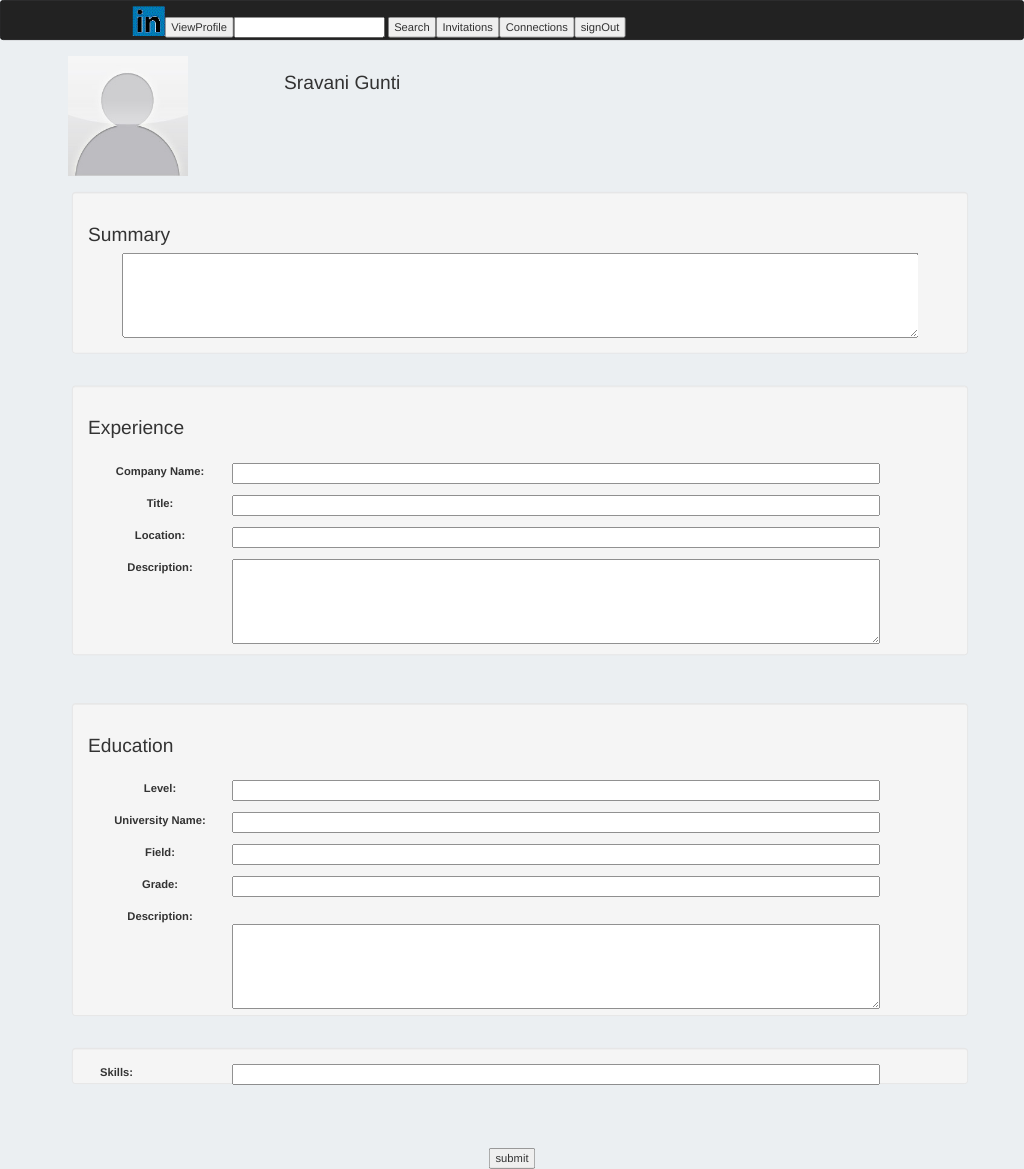
Repository: sravanigunti/Code
Page: http://localhost/LinkedinServicesClient/View/createProfile.jsp
These files come from the project's save history. The page is drawn as it stood at one moment and after the next save; the edit follows.
The browser window is 1280 px wide. The pictures show the whole page, at 80% of full size.
Some web libraries are served in a nearby version. The page is served by Tomcat 9.

Above is the page before, as saved 2015-05-09 08:01:16.
Console error: TypeError: $(...).datepicker is not a function

After the next save:
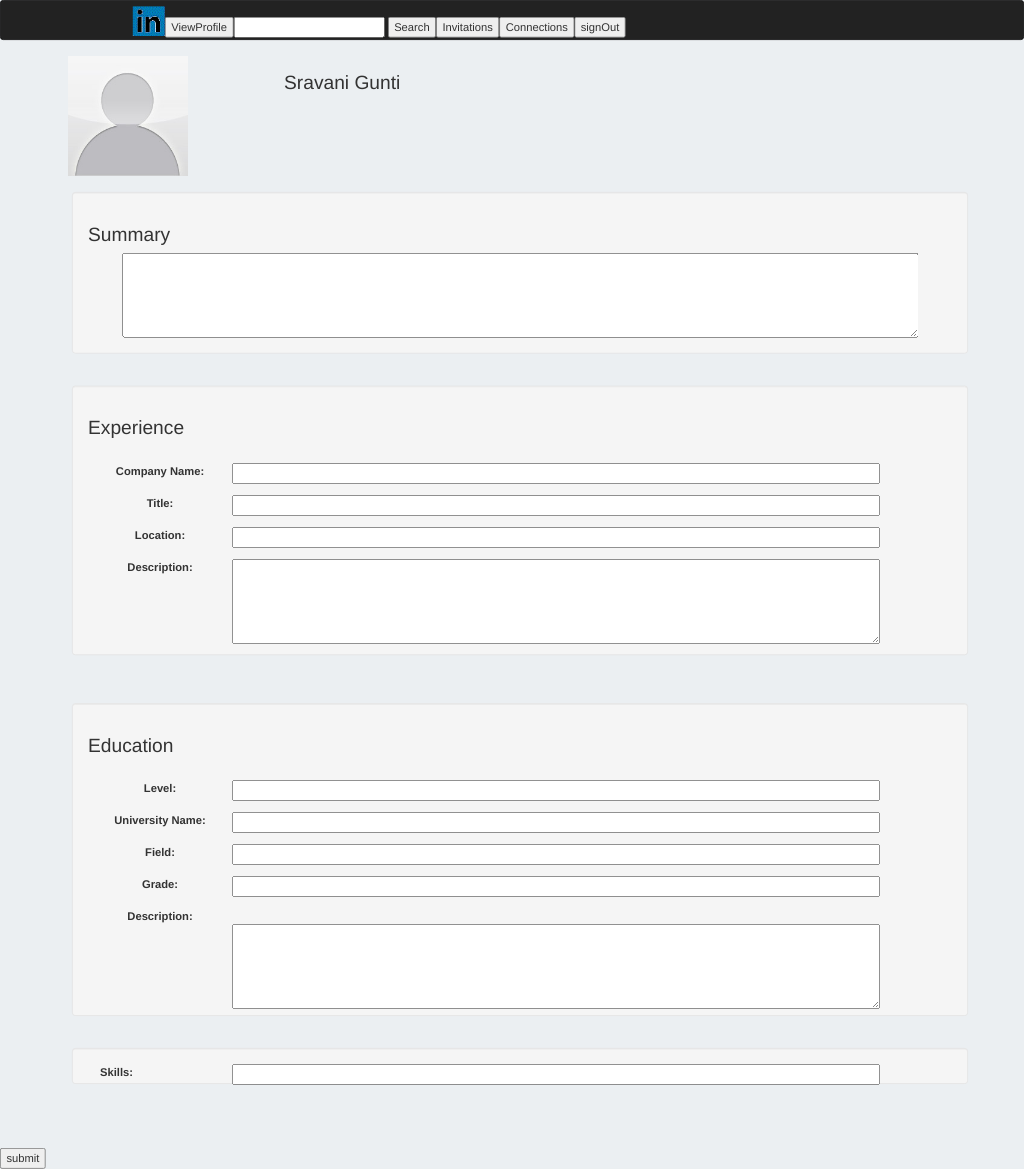
Saved 60 s later.
--- a/Final_linkedIn_Java/LinkedinServicesClient/WebContent/View/createProfile.jsp
+++ b/Final_linkedIn_Java/LinkedinServicesClient/WebContent/View/createProfile.jsp
@@ -173,7 +173,7 @@
 			<br><br>
 		</div>
 		<br>
-<div align ="center"><input class="submit" size="100" type="submit" value="submit"/></div>
+<div align ="justify"><input class="submit" size="100" type="submit" value="submit"/></div>
  </form>
 
 
